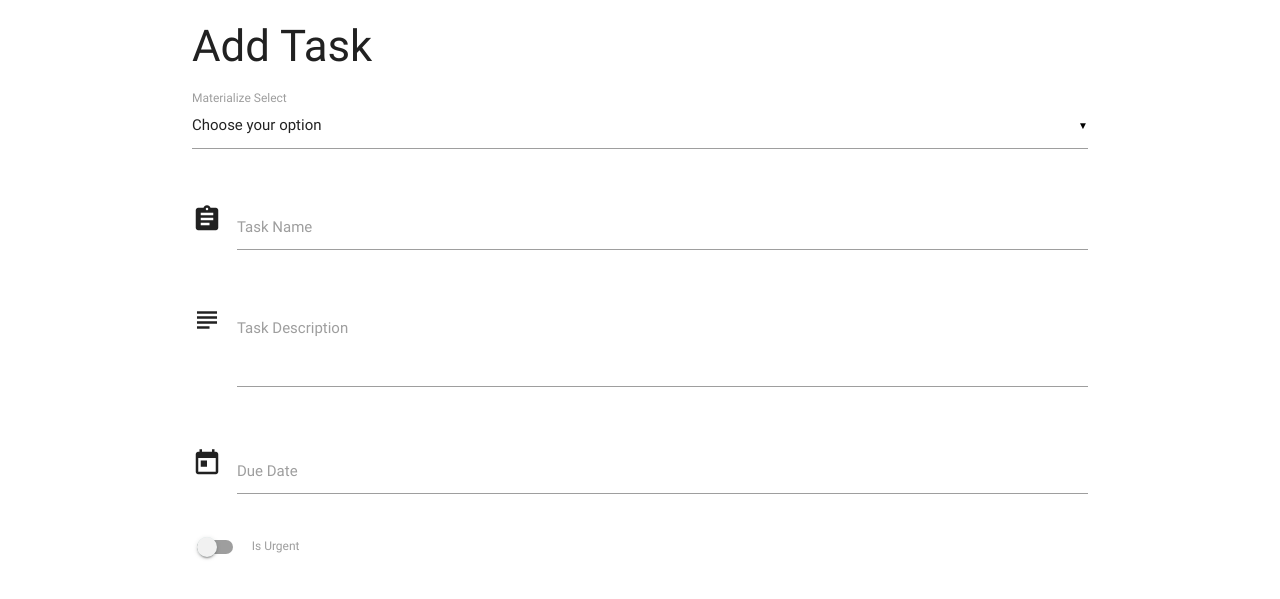
Repository: CharlieJT/task_manager
Page: http://localhost/add_task
The author's editor kept a record of every edit. The page is drawn from the files as they stood at one moment, then again after the next edit.
The browser window is 1280 px wide. The pictures show the whole page.
Some web libraries are served in a nearby version. The page is served by the project's application, run on Flask 3 (app.py). Queries for data that is not in the repository find no rows.

Above is the page before.

After the next edit:
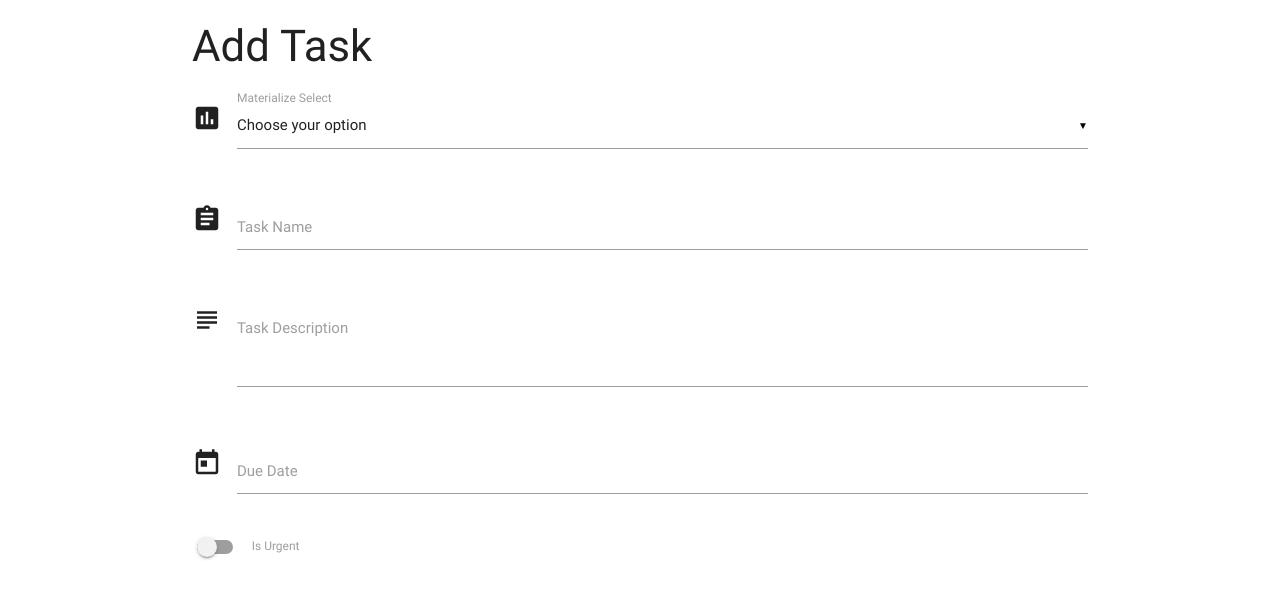
The edit:
--- a/templates/addtask.html
+++ b/templates/addtask.html
@@ -6,12 +6,13 @@
     <form action="" method="POST" class="col s12">
         <div class="row">
             <div class="input-field col s12">
+                <i class="material-icons prefix">poll</i>
                 <select>
-                        <option value="" disabled selected>Choose your option</option>
-                        <option value="1">Option 1</option>
-                        <option value="2">Option 2</option>
-                        <option value="3">Option 3</option>
-                    </select>
+                    <option value="" disabled selected>Choose your option</option>
+                    <option value="1">Option 1</option>
+                    <option value="2">Option 2</option>
+                    <option value="3">Option 3</option>
+                </select>
                 <label>Materialize Select</label>
             </div>
         </div>
